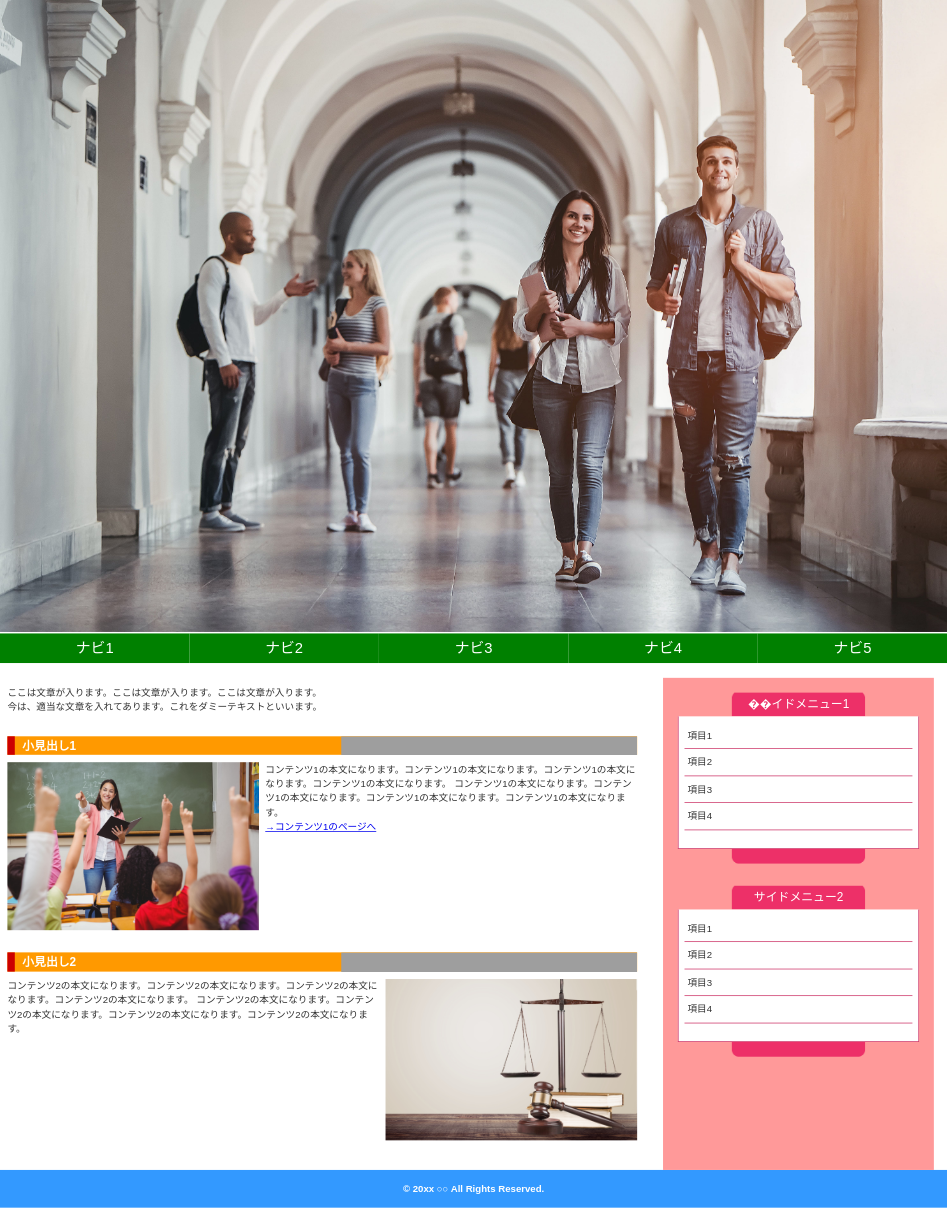
Repository: pisu11/samurai_HTML-CSS
Page: home.html
The author's editor kept a record of every edit. The page is drawn from the files as they stood at one moment, then again after the next edit.
The browser window is 1280 px wide. The pictures show the whole page, at 74% of full size.
Pictures or frames that could not be fetched are drawn as grey boxes.

Above is the page before.

### home.html
<!DOCTYPE html>
<html lang="ja">
    <head>
        <meta charset="UTF-8">
        <title>HTML/CSSの学習</title>
        <link rel="stylesheet" href="stylesheet.css">
    </head>
    <body>
        <div id="header">
               <h1><a href="index.html"><img id="corridor" src="images/corridor.jpg" alt="大学の廊下" /></a></h1>
        </div>
        <div id="wrapper">
            <div id="nav">
                <ul>
                    <li><a href="home.html">ナビ1</a></li>
                    <li><a href="#">ナビ2</a></li>
                    <li><a href="#">ナビ3</a></li>
                    <li><a href="#">ナビ4</a></li>
                    <li><a href="#">ナビ5</a></li>
                </ul>
            </div>
             <div id="container">
                 <div id="main">
                    <div class="post">
                     <p>ここは文章が入ります。ここは文章が入ります。ここは文章が入ります。<br />今は、適当な文章を入れてあります。これをダミーテキストといいます。</p>
                    </div>
                    <div class="post clearfix">
                        <h2>小見出し1</h2>
                        <img class="left" src="images/classroom.jpg" alt="授業風景" />
                        <p>
                            コンテンツ1の本文になります。コンテンツ1の本文になります。コンテンツ1の本文になります。コンテンツ1の本文になります。
                            コンテンツ1の本文になります。コンテンツ1の本文になります。コンテンツ1の本文になります。コンテンツ1の本文になります。
                        </p>
                        <p><a href="#">→コンテンツ1のページへ</a></p>
                    </div>
                    <div class="post clearfix">
                        <h2>小見出し2</h2>
                        <img class="right" src="images/scale.jpg" alt="天秤" />
                        <p>
                            コンテンツ2の本文になります。コンテンツ2の本文になります。コンテンツ2の本文になります。コンテンツ2の本文になります。
                            コンテンツ2の本文になります。コンテンツ2の本文になります。コンテンツ2の本文になります。コンテンツ2の本文になります。
                        </p>
                    </div>
                </div>
                <div id="side">
                    <div class="box">
                        <h2>��イドメニュー1</h2>
                        <div class="boxBody">
                            <ul>
                                <li>項目1</li>
                                <li>項目2</li>
                                <li>項目3</li>
                                <li>項目4</li>
                            </ul>
                        </div>
                    </div>
                    <div class="box">
                        <h2>サイドメニュー2</h2>
                        <div class="boxBody">
                            <ul>
                                 <li>項目1</li>
                                 <li>項目2</li>
                                 <li>項目3</li>
                                 <li>項目4</li>
                            </ul>
                     </div>
                 </div>
            </div>
         </div>
        </div>
        <div id="footer">
            <p>&copy; 20xx ○○ All Rights Reserved.</p>
        </div>
    </body>
</html>

### stylesheet.css
@charset "utf-8";

body {
	margin: 0;
	padding: 0;
	font-family: "ヒラギノ角ゴ Pro W3", "Hiragino Kaku Gothic Pro", "メイリオ", Meiryo, Osaka, "ＭＳ Ｐゴシック", "MS PGothic", sans-serif;
	color: #333;
	font-size: 13px;
	line-height: 150%;
}

/* -------------------- wrapper -------------------- */
#wrapper {
	width: 100%;
	margin: auto;
	padding: 0px;
	border: 0px;
	background-color: #FFF;
	top: 10px;
}
 /* -------------------- header -------------------- */
 #header {
 	width: 100%;
 }
 #header h1 {
 	 margin: 0;
	 padding: 0;
 }

 #corridor {
	 width: 100%;
	 height: auto;
 }

 /* -------------------- footer -------------------- */
 #footer {
 	 clear: both;
 	 width: 100%;
 	 padding: 3px 0 3px 0;
 	 background: #39F;
 	 color: #FFF;
 	 font-weight: bold;
 	 text-align: center;
 }
  /* -------------------- nav -------------------- */
 #nav {
	 width: 100%;
 }
 #nav ul {
	display: flex;
	 margin: 0;
	 padding: 0;
	 list-style-type: none;
 }
 #nav ul li {
	 width: 20%;
	 text-align: center;
 }
 #nav ul li a {
	 display: block;
	 height: 20px;
	 margin: 0;
	 padding: 10px;
	 color: #FFF;
	 font-size: 20px;
	 text-decoration: none;
	 background-color: green;
 }

 #nav ul li a:hover {
	 filter: drop-shadow(10px 10px 10px black);
 }

 /* -------------------- container -------------------- */
 #container {
	 width: 100%;
	 margin: auto ;
	 padding: auto;
	 padding-top: 20px;
	 clear: both;
 	display: grid;
 	grid-template-columns: 70vw 30vw;
 }
 /* -------------------- main -------------------- */
 #main {
	width: 95%;
	 padding: 10px 30px 10px 10px;
 }
 #main h2 {
	 margin: 0 0 10px 0;
	 padding: 3px 10px 3px 10px;
	 	 color: #FFF;
	font-size: 16px;
	 border-left: solid 10px #C00;
	 background: #F90 url(../images/main_h2.jpg) right top repeat-y;
 }
 #main p {
	 margin: 0;
	 padding: 0;
 }
 #main .post {
	 margin: 0 0 30px 0;
 }

 #main .post img.right {
	 margin: 0 0 0 8px;
 }
 #main .post img.left {
	 margin: 0 8px 0 0;
 }

 .right {
	 float: right;
	 width: 40%;
	 height: auto;
 }
 .left {
	 float: left;
	 width: 40%;
	 height: auto;
 }

 /* -------------------- clearfix -------------------- */
 .clearfix {
	 zoom: 1;
 }
 .clearfix:after{
	 content: "";
	 display: block;
	 clear: both;
 }

 /* -------------------- side -------------------- */
 #side {
 	width: 85%;
 		float: right;
		padding: 20px;
		background-color: #F99;
 }
 #side .box {
 	 margin: 0 auto 30px auto;
 	 padding: 0 0 20px 0;
 	 background: url(images/side_box.png) bottom no-repeat;
 }
 #side .box h2 {
 	 margin: 0;
 	 padding: 8px;
 	 text-align: center;
 	 color: #fff;
 	 font-size: 16px;
 	 line-height: 16px;
 	 font-weight: normal;
 	 background: url(images/side_box_h2.png) center no-repeat;
 }
 #side .box .boxBody {
 	 padding: 8px;
 	 border-right: solid 1px #C36;
 	 border-bottom: solid 1px #C36;
 	 border-left: solid 1px #C36;
 	 background: #fff;
 }
 #side .box .boxBody ul {
 	 margin: 0 0 16px 0;
 	 padding: 0;
 }
 #side .box .boxBody ul li {
 	 padding: 8px 0 8px 4px;
 	 list-style: none;
 	 border-bottom: solid 1px #C36;
 }
  #side .box .boxBody ul li:hover {
	 padding: 8px 0 8px 4px;
	 list-style: none;
	 border-bottom: solid 1px #C36;
	 box-shadow: 0px 4px 4px rgba(0, 0, 0, 0.3);
 }

After the next edit:
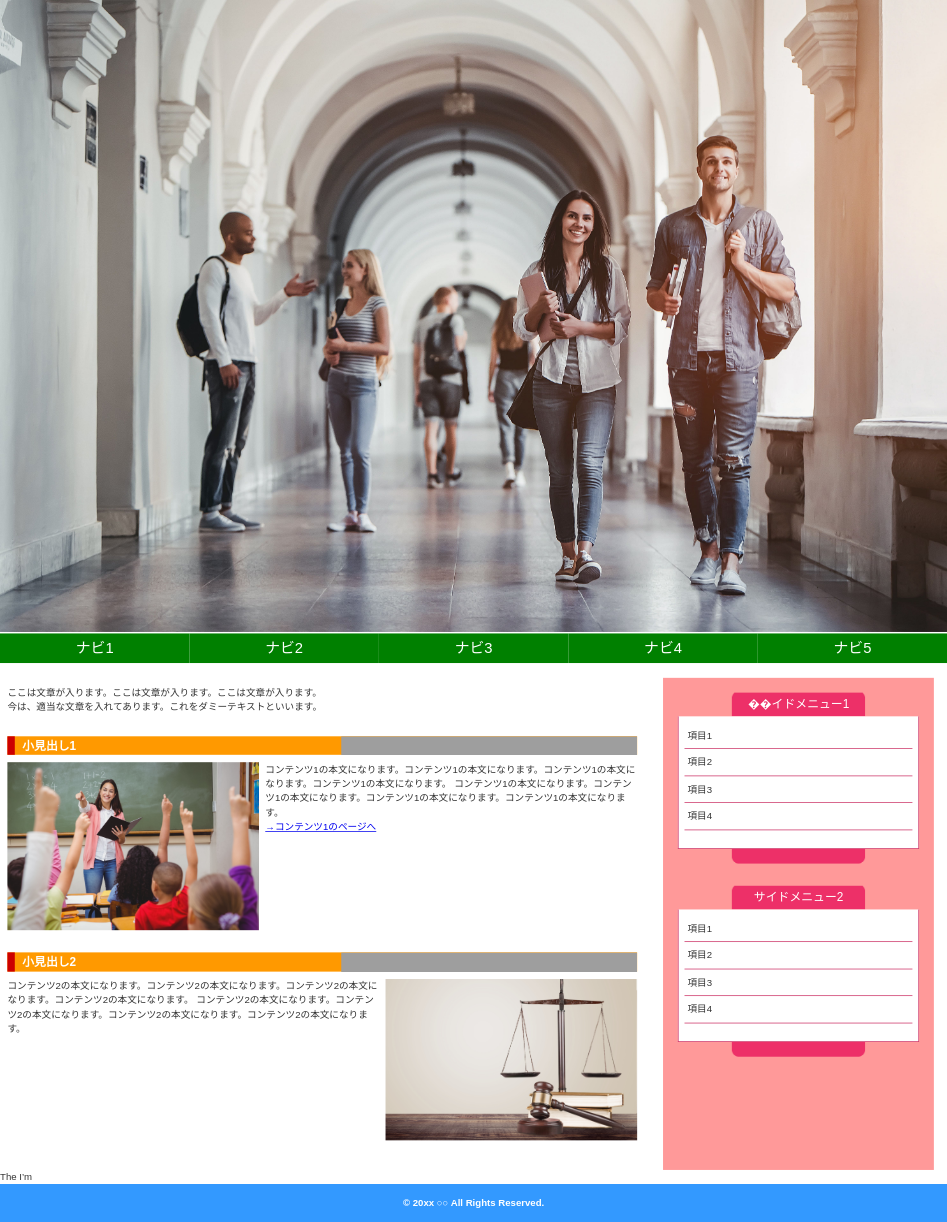
The edit:
--- a/home.html
+++ b/home.html
@@ -63,10 +63,10 @@
                                  <li>項目3</li>
                                  <li>項目4</li>
                             </ul>
+                         </div>
                      </div>
-                 </div>
-            </div>
-         </div>
+                </div>
+The I’m              </div>
         </div>
         <div id="footer">
             <p>&copy; 20xx ○○ All Rights Reserved.</p>
